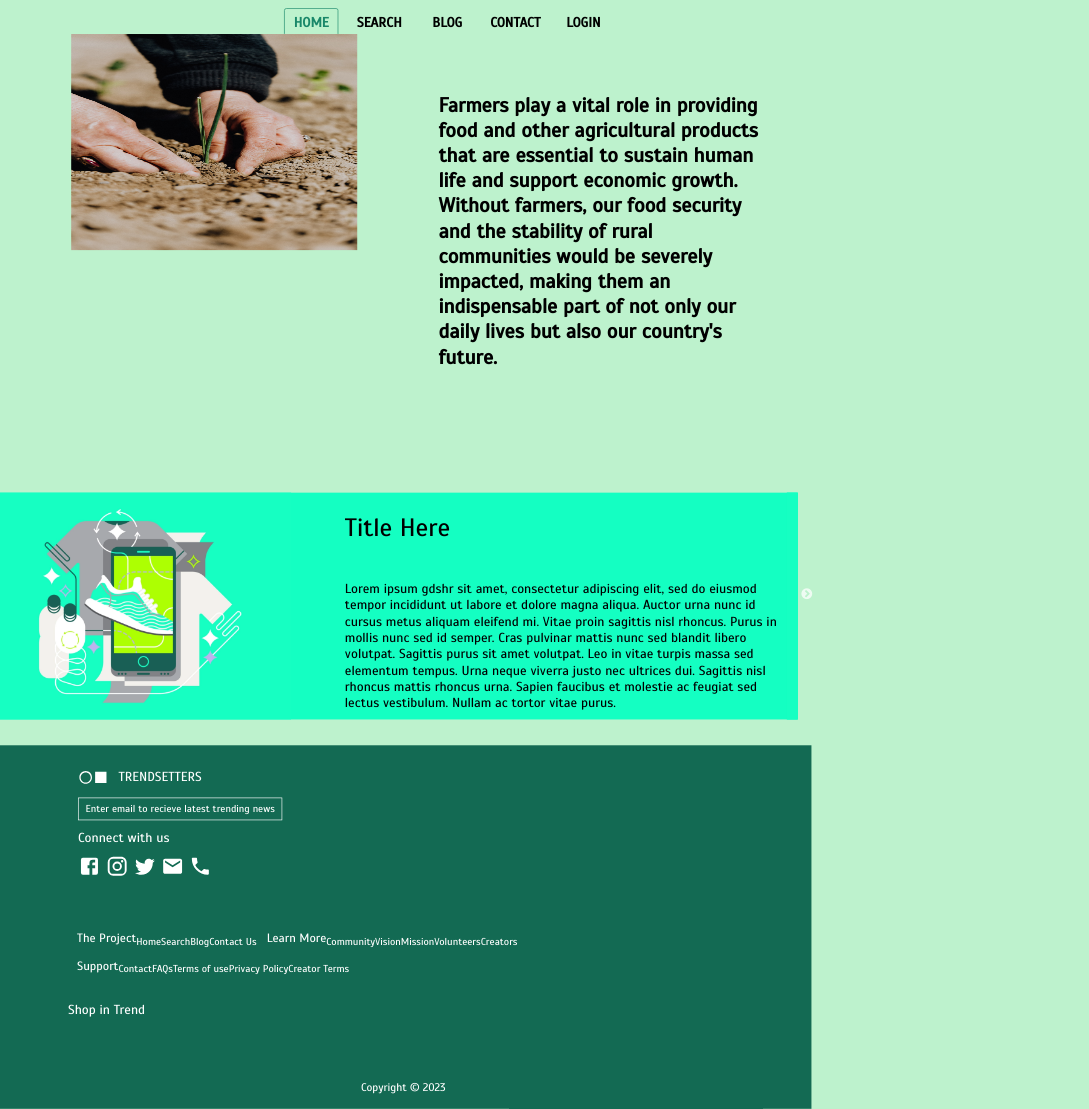
Repository: PRACHIP09/TRINIT_PICO-ZEN_DEV03
Page: /
The author's editor kept a copy of each file at every save. The page is drawn from the files as they stood at one save, then again after the next save.
The browser window is 1280 px wide. The page is 1728 px wide, so the pictures cover 1728 px, including what lies to the right of the window. The pictures show the whole page, at 63% of full size.
Pictures or frames that could not be fetched are drawn as grey boxes. Some web fonts or font styles are not loaded; a fallback is used. The project was rebuilt for these pictures with package versions that can differ from the ones it lists, and the page was loaded fresh each time. Some packages were replaced by stand-ins written for this rebuild. Also part of the build but not shown: src/App.css, src/Pages/Login.jsx, src/Pages/Signup.jsx, src/Pages/Contact.jsx, src/Components/ChatBot/Chatbot.jsx, src/Components/ChatBot/Footer.jsx, src/Components/Farmernavbar/Mobilenavbar.jsx, src/Components/Farmernavbar/NavbarF.jsx and 28 more.

Above is the page before, as saved 2023-02-11 22:53:46.

After the next save:
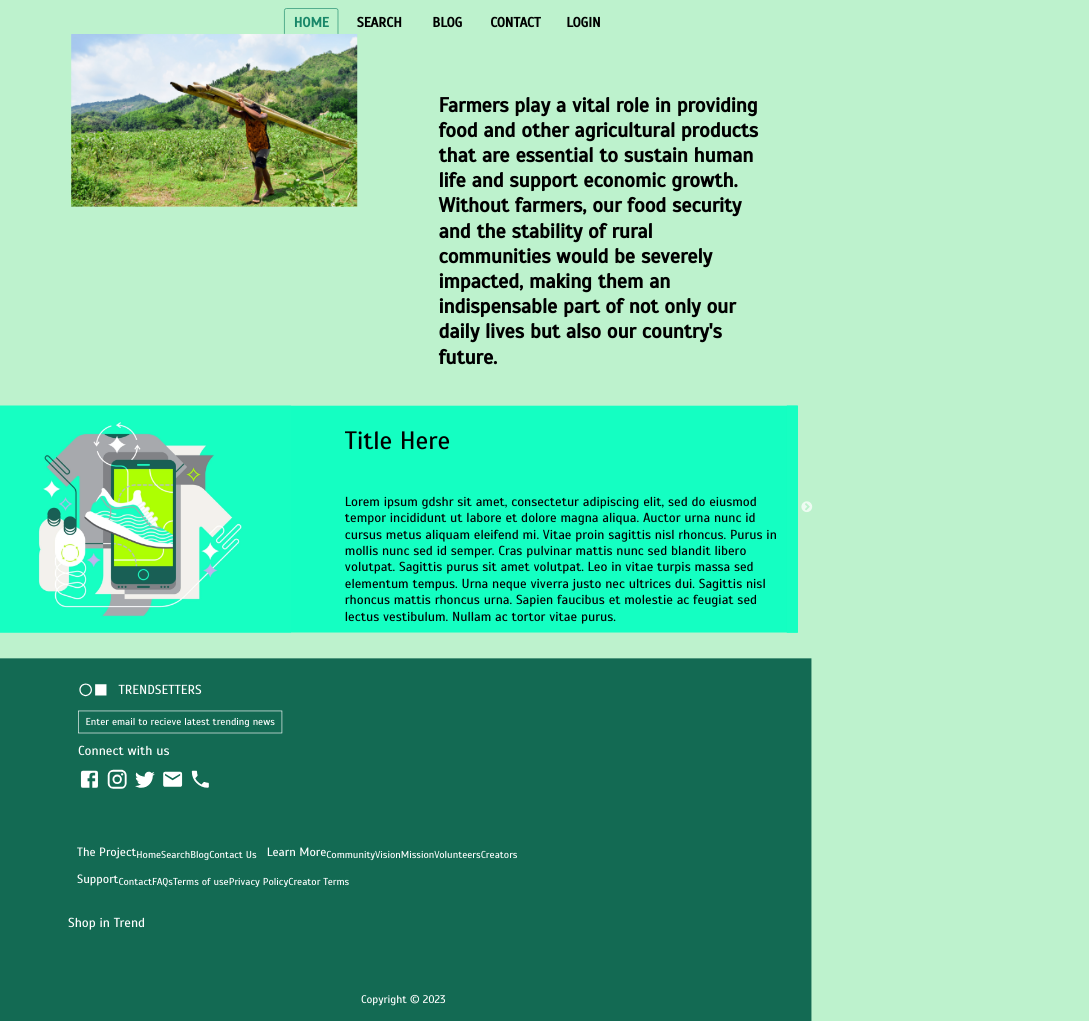
Saved 116 s later.
--- a/src/Pages/HomePage.jsx
+++ b/src/Pages/HomePage.jsx
@@ -7,7 +7,7 @@ import wallpaper1 from "../Images/wallpaper1.webp"
 import wallpaper2 from "../Images/wallpaper2.webp"
 import wallpaper3 from "../Images/wallpaper3.webp"
 import wallpaper4 from "../Images/wallpaper4.webp"
-import image from "../Images/main_homepage.jpg"
+import image from "../../Images/farmer.png"
 import { Link } from 'react-router-dom';
 const HomePage = () => {
   const settings = {
